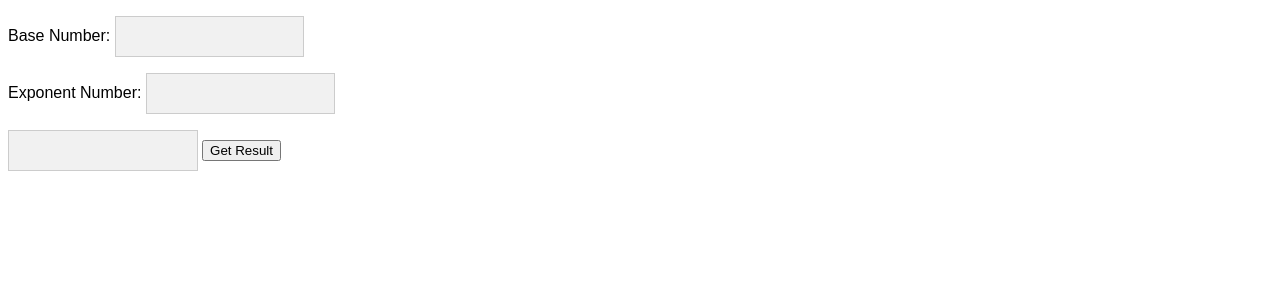
Repository: DeepaliKalagate/PowerCalculatorAPI
Page: PowerFunctionCalculator/src/main/resources/PowerFunction.html
The author's editor kept a copy of each file at every save. The page is drawn from the files as they stood at one save, then again after the next save.
The browser window is 1280 px wide. The pictures show the whole page.

Above is the page before, as saved 2020-02-09 06:01:58.

After the next save:
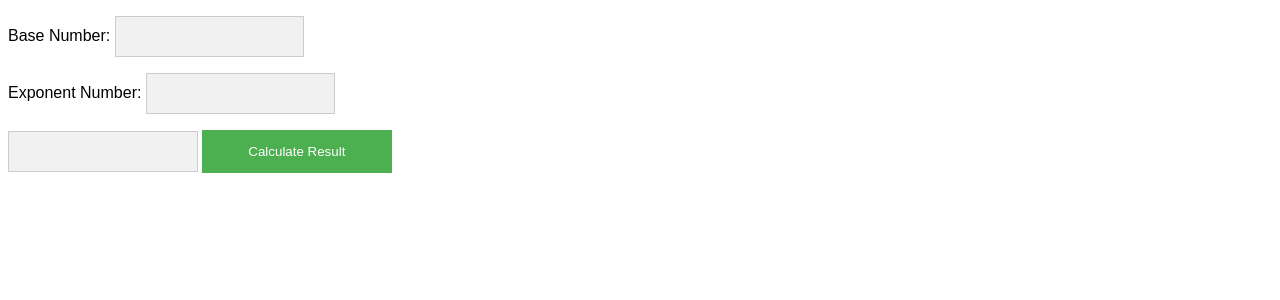
Saved 3 min 38 s later.
--- a/PowerFunctionCalculator/src/main/resources/PowerFunction.html
+++ b/PowerFunctionCalculator/src/main/resources/PowerFunction.html
@@ -20,7 +20,7 @@ input[type=text], input[type=text],input[type=text]
 }
 
 /* Set a style for button */
-button {
+input[type=submit] {
   background-color: #4CAF50;
   color: white;
   padding: 14px 20px;
@@ -30,7 +30,7 @@ button {
   width: 15%;
 }
 
-button:hover {
+input:hover {
   opacity: 0.8;
 }
 <title> Calculator</title>
@@ -45,7 +45,7 @@ Base Number:      <input type="text" id="baseNumber" name="base"><br>
 Exponent Number:  <input type="text" id="exponentNumber" name="exponent"><br>
 <input type="text" id="result" name="result">
 
-<input type="submit" id="submit" value="Get Result">
+<input type="submit" id="submit" value="Calculate Result">
 
 
 <script>
